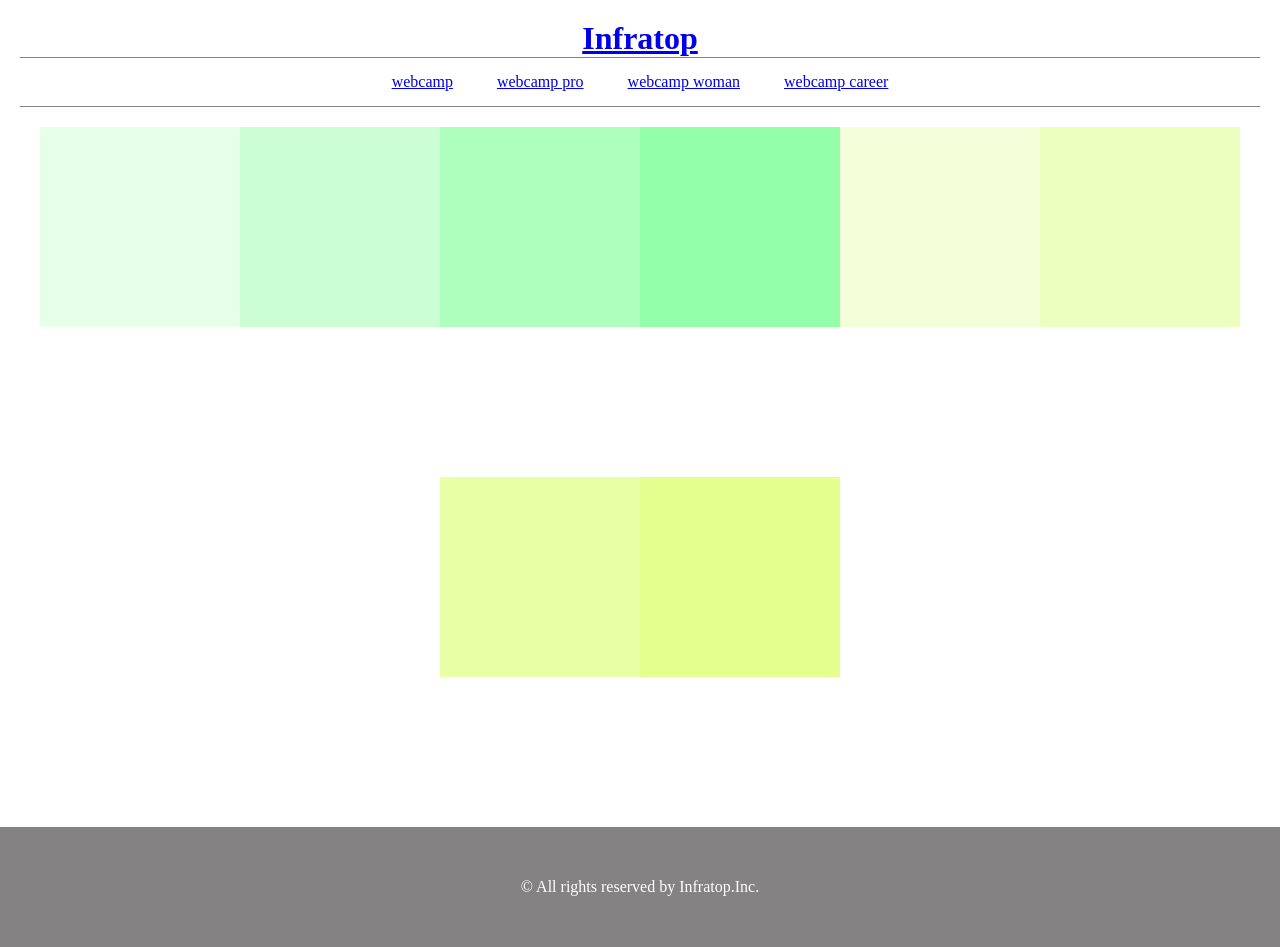
Repository: tkikokiko/webcamp-practice
Page: 1-5/index1-5.html
The author's editor kept a record of every edit. The page is drawn from the files as they stood at one moment, then again after the next edit.
The browser window is 1280 px wide. The pictures show the whole page.

Above is the page before.

After the next edit:
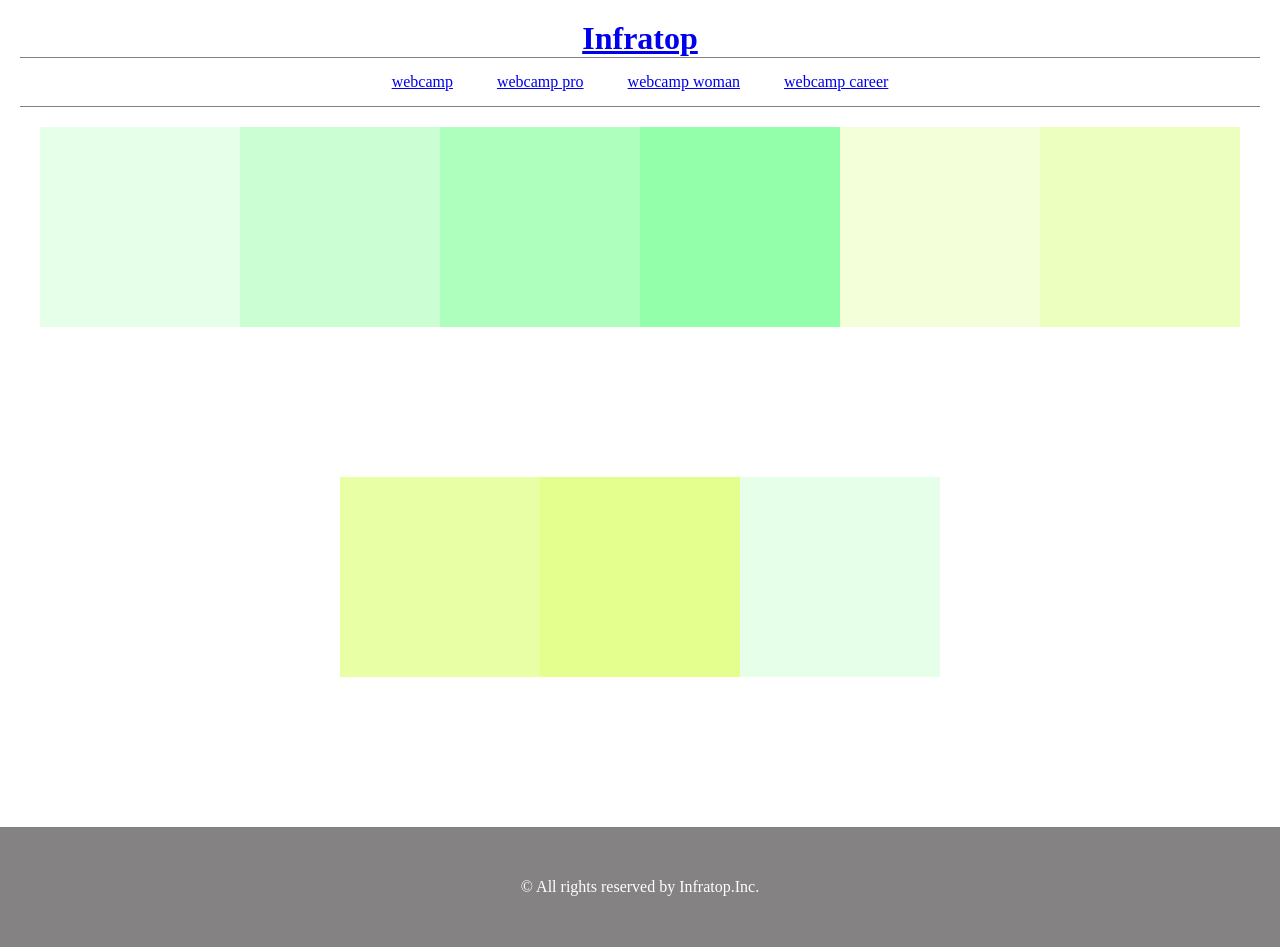
The edit:
--- a/1-5/style1-5.css
+++ b/1-5/style1-5.css
@@ -83,7 +83,7 @@
   background-color: #e4ff8d;
 }
 
-.box1-left {
+.box3-left {
   width: 200px;
   height: 200px;
   background-color: #e6ffe9;
